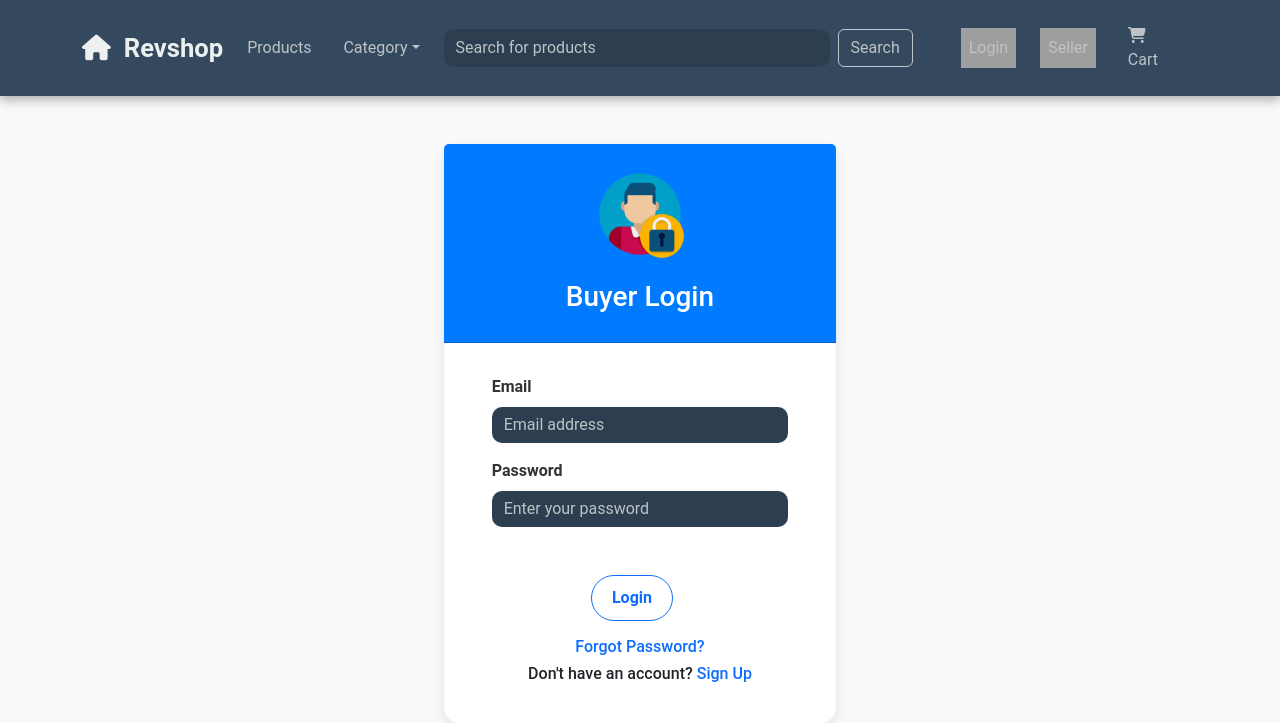
Repository: pratikp99/E-Commerce-Webapp-
Page: http://localhost/Revshop_WebApp/login.jsp
These files come from the project's save history. The page is drawn as it stood at one moment and after the next save; the edit follows.
The browser window is 1280 px wide. The pictures show the whole page.
Pictures or frames that could not be fetched are drawn as grey boxes. The page is served by Tomcat 10. Other server files are loaded and not shown. Queries for data that is not in the repository find no rows.

Above is the page before, as saved 2024-08-31 18:26:43.

### Revshop WebApp/src/main/webapp/login.jsp
<%@ page language="java" contentType="text/html; charset=ISO-8859-1" pageEncoding="ISO-8859-1"%>
<!DOCTYPE html>
<html lang="en">
<head>
    <meta charset="ISO-8859-1">
    <meta name="viewport" content="width=device-width, initial-scale=1, shrink-to-fit=no">
    <title>Buyer Login</title>
    <%@include file="Components/common_css_js.jsp"%>
    <link rel="stylesheet" href="CSS/styles2.css">
</head>
<body>
    <!--navbar -->
    <%@include file="Components/navbar.jsp"%>

    <div class="container-fluid">
        <div class="row mt-5">
            <div class="col-md-4 offset-md-4">
                <div class="card">
                    <div class="card-header px-5 text-center">
                        <img src="Images/login.png" style="max-width: 100px;" class="img-fluid">
                        <h3 class="text-center mt-3">Buyer Login</h3>
                        <%@include file="Components/alert_message.jsp"%>
                    </div>
                    <div class="card-body px-5">
                        <!--login-form-->
                        <form id="login-form" action="login" method="post">
                            <input type="hidden" name="login" value="user">

                            <div class="mb-3">
                                <label class="form-label">Email</label>
                                <input type="email" name="user_email" placeholder="Email address" class="form-control" required>
                            </div>
                            <div class="mb-2">
                                <label class="form-label">Password</label>
                                <input type="password" name="user_password" placeholder="Enter your password" class="form-control" required>
                            </div>

                            <div id="login-btn" class="container text-center mt-5">
                                <button type="submit" class="btn btn-outline-primary me-3">Login</button>
                            </div>
                        </form>

                        <div class="mt-3 text-center">
                            <h6><a href="forgot_password.jsp" style="text-decoration: none">Forgot Password?</a></h6>
                            <h6>
                                Don't have an account?<a href="register.jsp" style="text-decoration: none"> Sign Up</a>
                            </h6>
                        </div>
                    </div>
                </div>
            </div>
        </div>
    </div>
</body>
</html>

### Revshop WebApp/src/main/webapp/Components/common_css_js.jsp
<!--CSS-->
<link href="https://cdn.jsdelivr.net/npm/bootstrap@5.3.0/dist/css/bootstrap.min.css" rel="stylesheet" integrity="sha384-9ndCyUaIbzAi2FUVXJi0CjmCapSmO7SnpJef0486qhLnuZ2cdeRhO02iuK6FUUVM" crossorigin="anonymous">
<!--font awesome-->
<!--<link rel="stylesheet" href="https://cdnjs.cloudflare.com/ajax/libs/font-awesome/4.7.0/css/font-awesome.min.css">
-->
<link rel="stylesheet" href="https://cdnjs.cloudflare.com/ajax/libs/font-awesome/6.4.0/css/all.min.css">
<link rel="stylesheet" href="CSS/style.css"/>


<!--JavaScript-->
<script src="https://cdn.jsdelivr.net/npm/bootstrap@5.3.0/dist/js/bootstrap.bundle.min.js" integrity="sha384-geWF76RCwLtnZ8qwWowPQNguL3RmwHVBC9FhGdlKrxdiJJigb/j/68SIy3Te4Bkz" crossorigin="anonymous"></script>
<script src="JS/script.js"></script>

<!--jQuery-->
<script src="https://code.jquery.com/jquery-3.7.0.min.js" integrity="sha256-2Pmvv0kuTBOenSvLm6bvfBSSHrUJ+3A7x6P5Ebd07/g=" crossorigin="anonymous"></script>
<!--sweet alert-->
<script src="https://unpkg.com/sweetalert/dist/sweetalert.min.js"></script>
<script src="https://cdn.jsdelivr.net/npm/sweetalert2@11"></script>

### Revshop WebApp/src/main/webapp/Components/navbar.jsp
<%@page import="com.revature.ecom.DAO.categoryDAO"%>
<%@page import="com.revature.ecom.Models.adminModel"%>
<%@page import="com.revature.ecom.Models.cartModel"%>
<%@page import="com.revature.ecom.DAO.cartDAO"%>
<%@page import="com.revature.ecom.Models.userModel"%>
<%@page import="java.util.List"%>
<%@page import="com.revature.ecom.Models.categoryModel"%>
<%@page import="com.revature.ecom.Utils.DatabaseUtil"%>
<%@page import="com.revature.ecom.DAO.categoryDAO"%>
<%
userModel user = (userModel) session.getAttribute("activeUser");
adminModel admin = (adminModel) session.getAttribute("activeAdmin");

categoryDAO catDao = new categoryDAO(DatabaseUtil.getConnection());
List<categoryModel> categoryList = catDao.getAllCategories();
%>

<style>
/* General navbar styling */
.navbar {
    background-color: #34495e;
    padding: 1rem;
    box-shadow: 0px 4px 10px rgba(0, 0, 0, 0.3);
    max-height:15vh;
}

.navbar-brand {
    font-size: 1.6rem;
    font-weight: bold;
    color: #ecf0f1 !important;
}

.nav-link {
    color: #bdc3c7 !important;
    margin-right: 1rem;
    transition: color 0.3s, background-color 0.3s;
}

.nav-link:hover {
    color: #ecf0f1 !important;
    background-color: rgba(255, 255, 255, 0.1);
}

.navbar-toggler {
    border-color: #ecf0f1;
}

.navbar-toggler-icon {
    background-image: url("data:[embedded picture, 217 characters]");
}

.dropdown-menu {
    background-color: #2c3e50 !important;
    border: none;
}

.dropdown-item {
    color: #bdc3c7 !important;
    transition: background-color 0.3s, color 0.3s;
}

.dropdown-item:hover {
    background-color: #34495e !important;
    color: #ecf0f1 !important;
}

.badge {
    font-size: 0.75rem;
    background-color: #e74c3c;
}

/* Button styling */
.btn-outline-light {
    color: #bdc3c7;
    border-color: #bdc3c7;
    transition: color 0.3s, border-color 0.3s;
}

.btn-outline-light:hover {
    color: #ecf0f1;
    border-color: #ecf0f1;
}

/* Flexbox alignment */
.navbar-nav {
    display: flex;
    align-items: center;
}

.navbar-nav .nav-item {
    margin-right: 0rem;
}

.form-control {
    background-color: #2c3e50 !important;
    border: none;
    color: #ecf0f1;
    margin-right: 0.5rem;
}

.form-control::placeholder {
    color: #bdc3c7;
}

.form-control:focus {
    box-shadow: none;
    border-color: #ecf0f1;
}

@media (max-width: 992px) {
    .navbar-collapse {
        flex-direction: column;
    }

    .navbar-nav {
        flex-direction: column;
        width: 100%;
    }

    .navbar-nav .nav-item {
        margin-right: 0;
        margin-bottom: 1rem;
    }

    .form-control {
        margin-bottom: 1rem;
        width: 100%;
    }
}

/* Specific logo styles */
.navbar-nav .register-link {
    background-image: url('path/to/register-icon.png');
    background-repeat: no-repeat;
    background-position: left center;
    padding-left: 30px; /* Adjust based on the size of the icon */
}

.navbar-nav .buyer-link {
    background-image: url('path/to/buyer-icon.png');
    background-repeat: no-repeat;
    background-position: left center;
    padding-left: 30px; /* Adjust based on the size of the icon */
}

.navbar-nav .seller-link {
    background-image: url('path/to/seller-icon.png');
    background-repeat: no-repeat;
    background-position: left center;
    padding-left: 30px; /* Adjust based on the size of the icon */
}
</style>

<nav class="navbar navbar-expand-lg navbar-dark">
    <div class="container">
        <a class="navbar-brand" href="index.jsp"><i class="fa-sharp fa-solid fa-house"></i>&ensp;Revshop</a>
        <button class="navbar-toggler" type="button" data-bs-toggle="collapse" data-bs-target="#navbarSupportedContent"
            aria-controls="navbarSupportedContent" aria-expanded="false" aria-label="Toggle navigation">
            <span class="navbar-toggler-icon"></span>
        </button>
        <div class="collapse navbar-collapse" id="navbarSupportedContent">
            <% if (admin != null) { %>
            <!-- Admin nav bar -->
            <ul class="navbar-nav me-auto mb-2 mb-lg-0">
                <li class="nav-item"><button type="button" class="btn nav-link" data-bs-toggle="modal"
                        data-bs-target="#add-category"><i class="fa-solid fa-plus fa-xs"></i>Add Category</button></li>
                <li class="nav-item"><button type="button" class="btn nav-link" data-bs-toggle="modal"
                        data-bs-target="#add-product"><i class="fa-solid fa-plus fa-xs"></i>Add Product</button></li>
            </ul>
            <ul class="navbar-nav ms-auto">
                <li class="nav-item"><a class="nav-link" href="admin.jsp"><%=admin.getName()%></a></li>
                <li class="nav-item"><a class="nav-link" href="logout?user=admin"><i class="fa-solid fa-user-slash fa-sm"></i>&nbsp;Logout</a></li>
            </ul>
            <% } else { %>
            <!-- General nav bar -->
            <ul class="navbar-nav me-auto mb-2 mb-lg-0">
                <li class="nav-item"><a class="nav-link" href="products.jsp" role="button" aria-expanded="false">Products</a></li>
                <li class="nav-item dropdown">
                    <a class="nav-link dropdown-toggle" href="#" role="button" data-bs-toggle="dropdown" aria-expanded="false">Category</a>
                    <ul class="dropdown-menu">
                        <li><a class="dropdown-item" href="products.jsp?category=0">All Products</a></li>
                        <% for (categoryModel c : categoryList) { %>
                        <li><a class="dropdown-item" href="products.jsp?category=<%=c.getCategoryId()%>"><%=c.getCategoryName()%></a></li>
                        <% } %>
                    </ul>
                </li>
            </ul>
            <form class="d-flex pe-5" role="search" action="products.jsp" method="get">
                <input name="search" class="form-control me-2" size="50" type="search" placeholder="Search for products" aria-label="Search">
                <button class="btn btn-outline-light" type="submit">Search</button>
            </form>

            <% if (user != null) {
                cartDAO cartDao = new cartDAO(DatabaseUtil.getConnection());
                int cartCount = cartDao.getCartCountByUserId(user.getUserId());
            %>
            <ul class="navbar-nav ms-auto">
                <li class="nav-item pe-3"><a class="nav-link position-relative" href="cart.jsp"><i class="fa-solid fa-cart-shopping"></i> Cart<span class="position-absolute top-0 start-100 translate-middle badge rounded-pill bg-danger"><%=cartCount%></span></a></li>
                <li class="nav-item pe-3"><a class="nav-link" href="profile.jsp"><%=user.getUserName()%></a></li>
                <li class="nav-item pe-3"><a class="nav-link" href="logout?user=user"><i class="fa-solid fa-user-slash"></i> Logout</a></li>
            </ul>
            <% } else { %>
            <ul class="navbar-nav ms-auto">
                <li class="nav-item pe-2"><a class="nav-link buyer-link" href="login.jsp">Login</a></li>
                <li class="nav-item pe-2"><a class="nav-link seller-link" href="adminlogin.jsp">Seller</a></li>
                <li class="nav-item pe-3"><a class="nav-link position-relative" href="cart.jsp"><i class="fa-solid fa-cart-shopping"></i> Cart<span class="position-absolute top-0 start-100 translate-middle badge rounded-pill bg-danger"></span></a></li>
            </ul>
            <% } %>
            <% } %>
        </div>
    </div>
</nav>

### Revshop WebApp/src/main/webapp/Components/alert_message.jsp
<%@page import="com.revature.ecom.Models.messageModel"%>
<%
messageModel messg = (messageModel) session.getAttribute("message");
if (messg != null) {
%>
<div class="alert <%=messg.getCssClass()%>" role="alert" id="alert">
	<%=messg.getMessage()%>
</div>
<%
session.removeAttribute("message");
}
%>
<script type="text/javascript">
	setTimeout(function() {
		$('#alert').alert('close');
	}, 3000);
</script>

### Revshop WebApp/src/main/java/com/revature/ecom/DAO/categoryDAO.java
package com.revature.ecom.DAO;
import com.revature.ecom.Models.categoryModel;

import java.sql.Connection;
import java.sql.PreparedStatement;
import java.sql.ResultSet;
import java.sql.SQLException;
import java.sql.Statement;
import java.util.ArrayList;
import java.util.List;

public class categoryDAO {
	private Connection con;

	public categoryDAO(Connection con) {
		super();
		this.con = con;
	}

	public boolean saveCategory(categoryModel category) {
		boolean flag = false;

		try {
			String query = "insert into category(name, image) values(?, ?)";
			PreparedStatement psmt = this.con.prepareStatement(query);
			psmt.setString(1, category.getCategoryName());
			psmt.setString(2, category.getCategoryImage());

			psmt.executeUpdate();
			flag = true;

		} catch (SQLException e) {
			e.printStackTrace();
		}
		return flag;
	}

	public List<categoryModel> getAllCategories() {

		List<categoryModel> list = new ArrayList<>();
		try {

			String query = "select * from category";
			Statement statement = this.con.createStatement();

			ResultSet rs = statement.executeQuery(query);
			while (rs.next()) {
				categoryModel category = new categoryModel();
				category.setCategoryId(rs.getInt("cid"));
				category.setCategoryName(rs.getString("name"));
				category.setCategoryImage(rs.getString("image"));

				list.add(category);
			}
		} catch (Exception e) {
			e.printStackTrace();
		}

		return list;
	}
	public categoryModel getCategoryById(int cid) {
		categoryModel category = new categoryModel();
		try {
			String query = "select * from category where cid = ?";
			PreparedStatement psmt = this.con.prepareStatement(query);
			psmt.setInt(1, cid);
			ResultSet rs = psmt.executeQuery();
			while (rs.next()) {
				category.setCategoryId(rs.getInt("cid"));
				category.setCategoryName(rs.getString("name"));
				category.setCategoryImage(rs.getString("image"));
			}
		} catch (Exception e) {
			e.printStackTrace();
		}
		return category;
	}
	public String getCategoryName(int catId) {
		String category = "";
		try {
			String query = "select * from category where cid = ?";
			PreparedStatement psmt = this.con.prepareStatement(query);
			psmt.setInt(1, catId);
			ResultSet rs = psmt.executeQuery();
			while (rs.next()) {
				category = rs.getString("name");
			}

		} catch (Exception e) {
			e.printStackTrace();
		}
		return category;
	}

	public void updateCategory(categoryModel cat) {
		try {
			String query = "update category set name=?, image=? where cid=?";
			PreparedStatement psmt = this.con.prepareStatement(query);
			psmt.setString(1, cat.getCategoryName());
			psmt.setString(2, cat.getCategoryImage());
			psmt.setInt(3, cat.getCategoryId());

			psmt.executeUpdate();
		} catch (Exception e) {
			e.printStackTrace();
		}
	}

	public void deleteCategory(int cid) {
		try {
			String query = "delete from category where cid = ?";
			PreparedStatement psmt = this.con.prepareStatement(query);
			psmt.setInt(1, cid);

			psmt.executeUpdate();

		} catch (Exception e) {
			e.printStackTrace();
		}
	}
	public int categoryCount() {
		int count = 0;
		try {
			String query = "select count(*) from category";
			Statement stmt = con.createStatement();
			ResultSet rs = stmt.executeQuery(query);
			rs.next();
			count = rs.getInt(1);
		} catch (Exception e) {
			e.printStackTrace();
		}
		return count;
	}
}

### Revshop WebApp/src/main/java/com/revature/ecom/Utils/DatabaseUtil.java
package com.revature.ecom.Utils;

import java.io.IOException;
import java.io.InputStream;
import java.sql.Connection;
import java.sql.DriverManager;
import java.sql.SQLException;
import java.util.Properties;

public class DatabaseUtil {
    private static Connection conn;

    public static Connection getConnection() throws ClassNotFoundException {
        if (conn == null) {
            try {
                Properties props = new Properties();
                InputStream inputStream = DatabaseUtil.class.getClassLoader().getResourceAsStream("utils.properties");
                props.load(inputStream);

                String url = props.getProperty("db.url");
                String username = props.getProperty("db.username");
                String password = props.getProperty("db.password");

                try {
                    Class.forName("com.mysql.cj.jdbc.Driver");
                } catch (ClassNotFoundException e) {
                    throw new RuntimeException("Error loading MySQL JDBC driver", e);
                }

                conn = DriverManager.getConnection(url, username, password);
            } catch (IOException | SQLException e) {
                throw new RuntimeException("Error establishing database connection", e);
            }
        }
        return conn;
    }
}

### Revshop WebApp/src/main/webapp/CSS/style.css
/* General Body and Typography */
body {
    font-family: 'Segoe UI', Arial,Tahoma, Geneva, Verdana, sans-serif;
    color: #343a40;
    margin: 0;
    padding: 0;

}

/* Container */
.container-fluid {
    max-width: 100%;
    padding-left: 15px;
    padding-right: 15px;
    margin: 0 auto;
}

/* Row */
.row {
    margin-left: 0;
    margin-right: 0;
}

/* Columns */
.col {
    padding-left: 0;
    padding-right: 0;
}

/* Product Card */
.product-card {
    border: none;
    border-radius: 10px;
    background-color: #fff;
    transition: transform 0.3s, box-shadow 0.3s;
}

.product-card:hover {
    transform: translateY(-5px);
    box-shadow: 0 8px 20px rgba(0, 0, 0, 0.15);
}

/* Product Image */
.product-image {
    border-radius: 10px 10px 0 0;
    object-fit: cover;
    width: 100%;
    height: 250px;
}

/* Wishlist Icon */
.wishlist-icon {
    position: absolute;
    top: 15px;
    right: 15px;
    width: 40px;
    height: 40px;
    border-radius: 50%;
    background-color: rgba(255, 255, 255, 0.9);
    display: flex;
    align-items: center;
    justify-content: center;
    box-shadow: 0 2px 8px rgba(0, 0, 0, 0.1);
    cursor: pointer;
}

/* Product Text */
.card-title {
    font-size: 1.2rem;
    font-weight: bold;
    color: #333;
    margin-bottom: 10px;
}

.real-price {
    font-size: 1.5rem;
    font-weight: 700;
    color: #e73570;
}

.product-price {
    font-size: 1.1rem;
    text-decoration: line-through;
    color: #6c757d;
}

.product-discount {
    font-size: 1rem;
    color: #28a745;
    font-weight: 600;
}

.product-description {
    font-size: 0.9rem;
    color: #555;
}

/* Buttons */
.btn-primary {
    background-color: #ff4081;
    border-color: #ff4081;
    transition: background-color 0.3s ease;
}

.btn-primary:hover {
    background-color: #e73570;
    border-color: #e73570;
}

.btn-block {
    display: block;
    width: 100%;
}

/* Utility classes */
.m-0 {
    margin: 0 !important;
}

.p-0 {
    padding: 0 !important;
}

/* Additional Styles for Improved Layout */
.bg-light {
    background-color: #f8f9fa;
}

### Revshop WebApp/src/main/webapp/CSS/styles2.css
body {
    background: #f8f9fa;
    font-family: 'Roboto', sans-serif;
}

.card {
    border: none;
    border-radius: 15px;
    box-shadow: 0px 4px 12px rgba(0, 0, 0, 0.1);
}

.card-header {
    background-color: #007bff;
    color: #fff;
    border-top-left-radius: 15px;
    border-top-right-radius: 15px;
    padding: 20px 0;
}

.card-header h3 {
    margin-top: 15px;
}

.card-body {
    padding: 2rem;
}

.form-label {
    font-weight: bold;
    color: #333;
}

.form-control {
    border-radius: 10px;
}

.btn-outline-primary {
    border-radius: 25px;
    padding: 10px 20px;
    font-weight: bold;
}

.btn-outline-primary:hover {
    background-color: #007bff;
    color: #fff;
}

Loaded but not shown: Revshop WebApp/src/main/webapp/JS/script.js (common file)

After the next save:
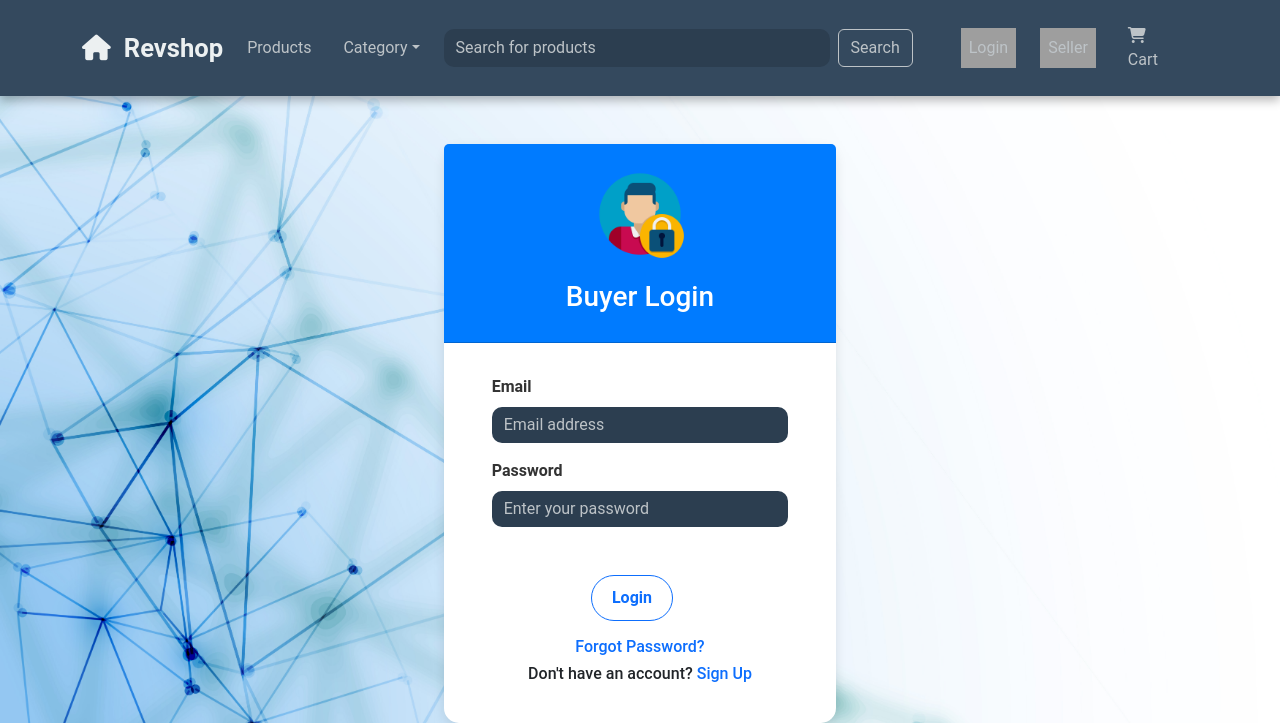
Saved 4 min 16 s later.
--- a/Revshop WebApp/src/main/webapp/CSS/styles2.css
+++ b/Revshop WebApp/src/main/webapp/CSS/styles2.css
@@ -1,6 +1,10 @@
 body {
     background: #f8f9fa;
     font-family: 'Roboto', sans-serif;
+    background-image: url('Images/background.jpg'); /* Path to your background image */
+    background-size: cover; /* Cover the entire page */
+    background-repeat: no-repeat; /* Prevent image from repeating */
+    background-position: center; /* Center the image */
 }
 
 .card {
